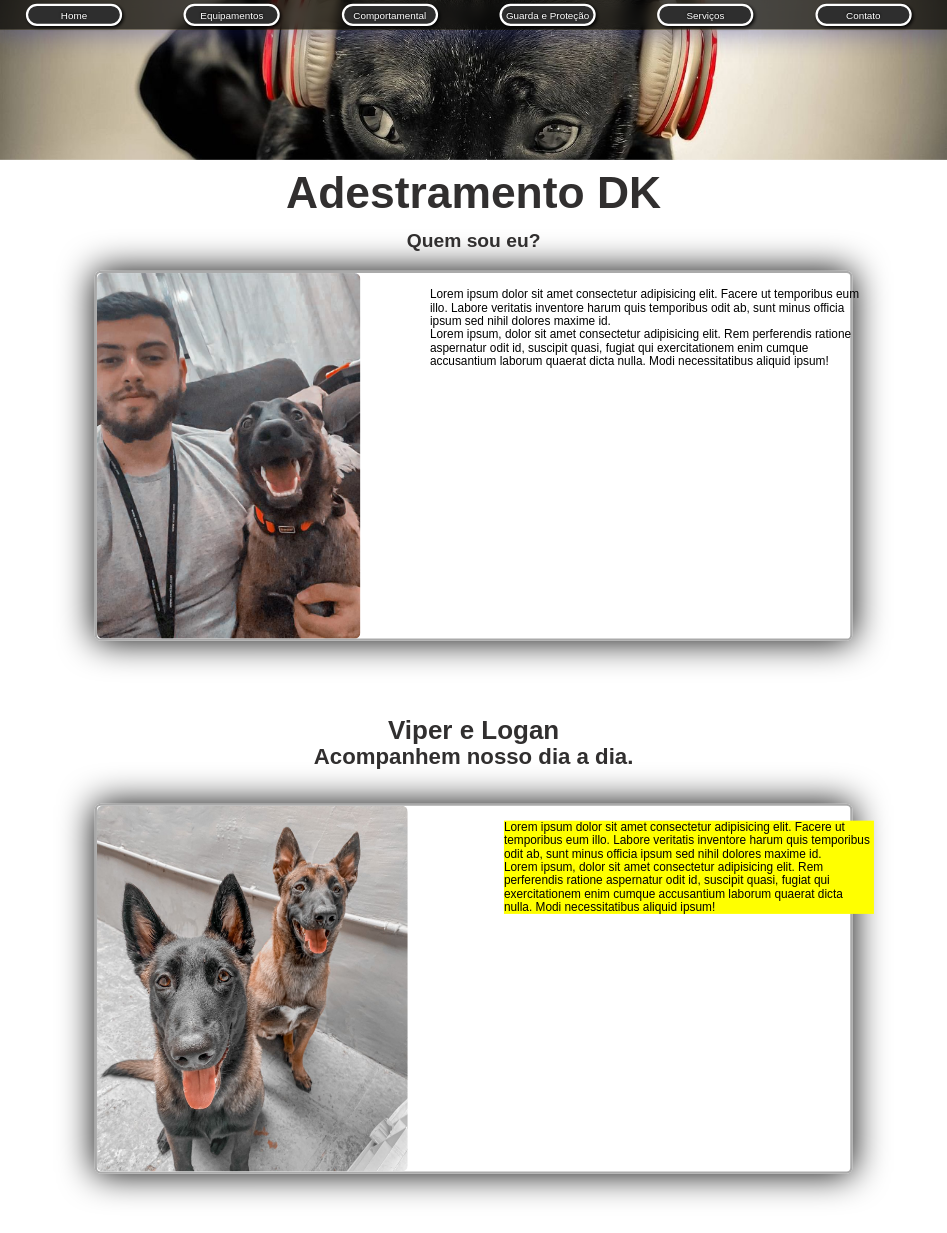
Repository: KevynMarques/Blog-React-StyledComponent
Page: /
The author's editor kept a copy of each file at every save. The page is drawn from the files as they stood at one save, then again after a run of saves.
The browser window is 1280 px wide. The pictures show the whole page, at 74% of full size.
The project was rebuilt for these pictures with package versions that can differ from the ones it lists, and the page was loaded fresh each time.

Above is the page before, as saved 2022-02-01 19:12:59.

### src/App.js
import Header from './Components/Header/index'
import Home from './Components/Home';
import Sobre from './Components/Sobre';

import { GlobalStyle } from './GlobalStyle';

function App() {
  return (
    <>
    <Home />
    <Header />
    <Sobre />
    <GlobalStyle/>
    </>
  );
}

export default App;

### src/Components/Header/index.jsx
import { Baner } from "./style";
import Dog from '../Image/Dog.png'

export default () => {

  return (

    <>
      <Baner>
       <img src={Dog} />
     </Baner>
    </>

  );

}

### src/Components/Home/index.jsx
import { Home } from "./Style"

export default () => {
  return (

    <Home>
      <button>Home</button>
      <button>Equipamentos</button>
      <button>Comportamental</button>
      <button>Guarda e Proteção</button>
      <button>Serviços</button>
      <button>Contato</button>
    </Home>
  );
}

### src/Components/Sobre/index.jsx
import { Sobre, Tittle, Dogs} from "./style"
import Foto from '../Image/foto.png'
import LV from '../Image/LV.jpg';

export default () => {
  return (
<>
   <Tittle>
    <h1>Adestramento DK</h1>
      <h2>Quem sou eu?</h2>
    </Tittle>


  <Sobre>
    <section>
    <p>Lorem ipsum dolor sit amet consectetur adipisicing elit. Facere ut temporibus eum illo. Labore veritatis inventore harum quis temporibus odit ab, sunt minus officia ipsum sed nihil dolores maxime id.
      <br></br>
    Lorem ipsum, dolor sit amet consectetur adipisicing elit. Rem perferendis ratione aspernatur odit id, suscipit quasi, fugiat qui exercitationem enim cumque accusantium laborum quaerat dicta nulla. Modi necessitatibus aliquid ipsum!
    </p>
       <div>
        <img src={Foto} />
       </div>
    </section>
  </Sobre>


  <Tittle>
      <h3>Viper e Logan</h3>
      <p>Acompanhem nosso dia a dia.</p>
    </Tittle>

<Dogs>
<section>
    <p>Lorem ipsum dolor sit amet consectetur adipisicing elit. Facere ut temporibus eum illo. Labore veritatis inventore harum quis temporibus odit ab, sunt minus officia ipsum sed nihil dolores maxime id.
      <br></br>
    Lorem ipsum, dolor sit amet consectetur adipisicing elit. Rem perferendis ratione aspernatur odit id, suscipit quasi, fugiat qui exercitationem enim cumque accusantium laborum quaerat dicta nulla. Modi necessitatibus aliquid ipsum!
    </p>
       <div>
        <img src={LV} />
       </div>
    </section>
</Dogs>

</>

  );
}

### src/GlobalStyle.js
import { createGlobalStyle } from 'styled-components';

 export const GlobalStyle = createGlobalStyle`
  * {
    margin: 0;
    padding: 0;
    box-sizing: border-box;
  }
`;

### src/Components/Header/style.jsx
import styled from "styled-components";

export const Baner= styled.div `
  width: 100%;
  height: 30vh;


    img {
    width: 100%;
    height: 100%;
    object-fit: cover;

    }
`;

### src/Components/Home/Style.jsx
import styled from "styled-components";


export const  Home  = styled.div `
     width: 100vw;
     height: 40px;
     margin: 0;
     position: fixed;
     z-index: 99999;
     background: rgba( 0, 0, 0, 0.7 );
     box-shadow: 0 8px 32px 0 rgba( 31, 38, 135, 0.37 );
     backdrop-filter: blur( 7.5px );
     -webkit-backdrop-filter: blur( 7.5px );
     color:white;
     display: flex;
     align-items: center;
     justify-content: center;

     button {
font-family: Arial, Helvetica, sans-serif;
font-style:normal;
color:#ffffff;
background:#2e2e2e;
border:3px solid #ffffff;
text-shadow:0px -1px 3px #000000;
box-shadow:2px 2px 5px #000000;
-moz-box-shadow:2px 2px 5px #000000;
-webkit-box-shadow:2px 2px 5px #000000;
border-radius:25px 25px 25px 25px;
-moz-border-radius:25px 25px 25px 25px;
-webkit-border-radius:25px 25px 25px 25px;
width:130px;
height: 30px;

cursor:pointer;
margin:0 auto;
margin-left: 35px;

}

`;

### src/Components/Sobre/style.jsx
import styled from "styled-components";


export const Tittle = styled.h1`
@import url('https://fonts.googleapis.com/css2?family=Prompt:ital,wght@1,300&display=swap');
color: #312f2f;
font-size: 30px;
font-family: 'Prompt', sans-serif;
text-align: center;
height: 40px;
margin-top: 10px;

      h2 {
      font-size:26px ;
      margin-top: 15px;
      }
`;

export const  Sobre  = styled.section `
  height: 500px;
  border: solid 3px #aaaaaa;
  width: 80vw;
  margin: 100px  10%;
  border-radius: 8px;
  box-shadow: 0 0 3em Black;

  div {
    width: 35%;
    height:494px;
  }

  img {
    object-fit: cover;
    width: 100%;
    height: 100%;
    border-radius: 8px;
  }

p {
    position: absolute;
    width: 600px;
    margin-left: 450px;
    margin-top: 20px;
    font-size: 16px;
    font-family: Arial, Helvetica, sans-serif;
  }
`;



export const  Dogs  = styled.section `
  height: 500px;
  border: solid 3px #aaaaaa;
  width: 80%;
  margin: 80px  10%;
  border-radius: 8px;
  box-shadow: 0 0 3em Black;
  display: flex;

  div {
    width: 40%;
    height:494px;
    margin-top: -146px;
  }

  img {
    object-fit: cover;
    width: 100%;
    height: 100%;
    border-radius: 8px;

  }

p {

    width: 500px;
    margin-top: 20px;
    font-size: 16px;
    font-family: Arial, Helvetica, sans-serif;
    background-color: yellow;
    margin-left: 550px;
  }
`;

Loaded but not shown: public/index.html (common file); src/index.js (common file)

After the next 2 saves:
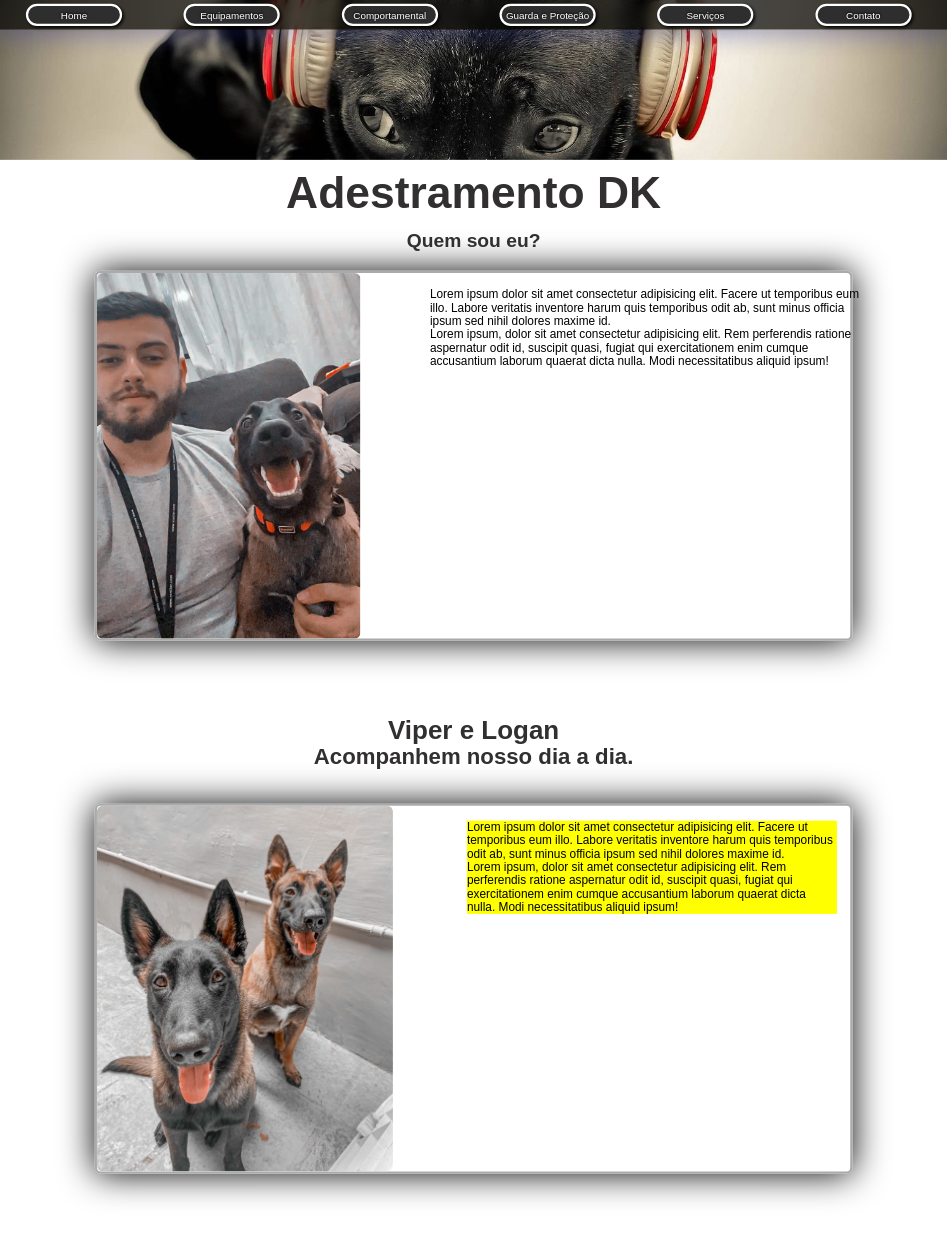
The 2 saves are shown as one change because they came seconds apart.
The last was saved 20 s later.
--- a/src/Components/Sobre/style.jsx
+++ b/src/Components/Sobre/style.jsx
@@ -78,6 +78,6 @@ p {
     font-size: 16px;
     font-family: Arial, Helvetica, sans-serif;
     background-color: yellow;
-    margin-left: 550px;
+    margin-left: 500px;
   }
 `;
